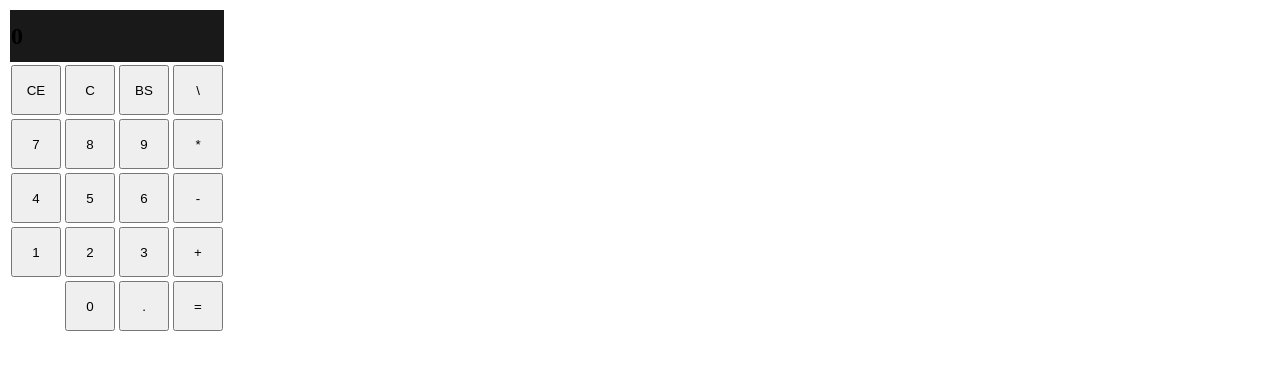
Repository: Doyoung-Park/JSP_Servlet
Page: workspace/JSPPrj/src/main/webapp/calc3.html
These files come from the project's save history. The page is drawn as it stood at one moment and after the next save; the edit follows.
The browser window is 1280 px wide. The pictures show the whole page.

Above is the page before, as saved 2022-01-18 14:43:07.

After the next save:
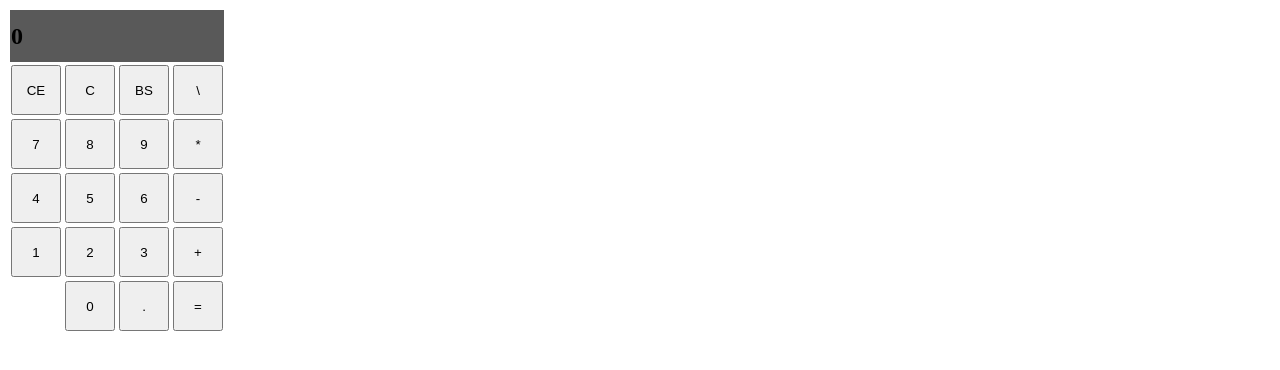
Saved 9 s later.
--- a/workspace/JSPPrj/src/main/webapp/calc3.html
+++ b/workspace/JSPPrj/src/main/webapp/calc3.html
@@ -10,7 +10,7 @@ input{
 }
 .output{
 	height:50px;
-	background:#191919;
+	background:#595959;
 	font-size:24px;
 	font-weight:bold;
 }
